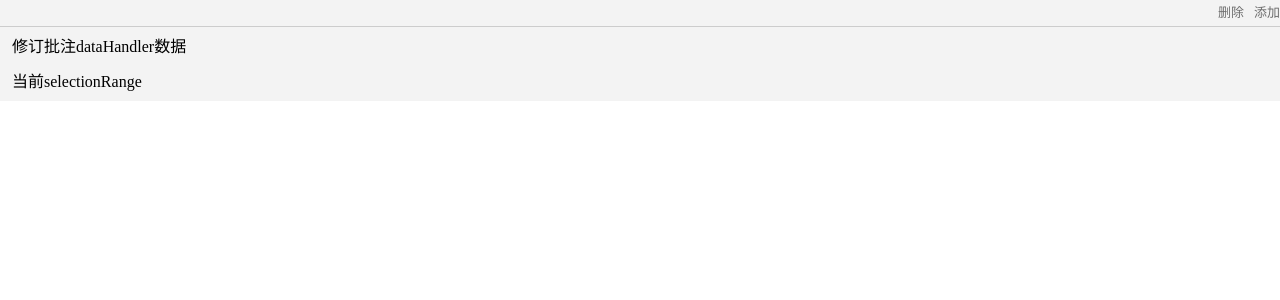
Repository: herorest/plugin
Page: panel/info.html
The author's editor kept a copy of each file at every save. The page is drawn from the files as they stood at one save, then again after a run of saves.
The browser window is 1280 px wide. The pictures show the whole page.

Above is the page before, as saved 2019-06-11 11:51:54.
Console error: TypeError: Cannot read properties of null (reading 'addEventListener')

After the next 2 saves:
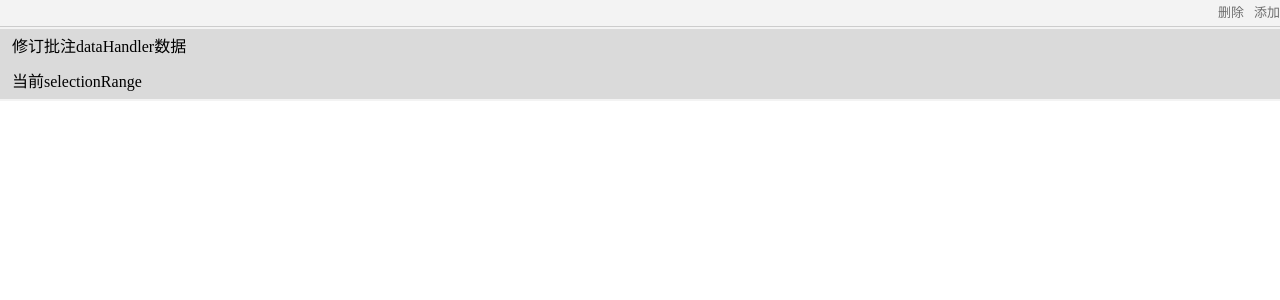
The 2 saves are shown as one change because they came seconds apart.
The last was saved 2 min 16 s later.
--- a/panel/info.css
+++ b/panel/info.css
@@ -111,8 +111,9 @@ input[type=checkbox]:checked:before {
     height:35px;
     line-height:35px;
     padding:0 0 0 12px;
+    background:#dadada
 }
 
 .side .list li:hover, .side .list li.hot{
-    background:#dadada
+    background:#1a73e8
 }
